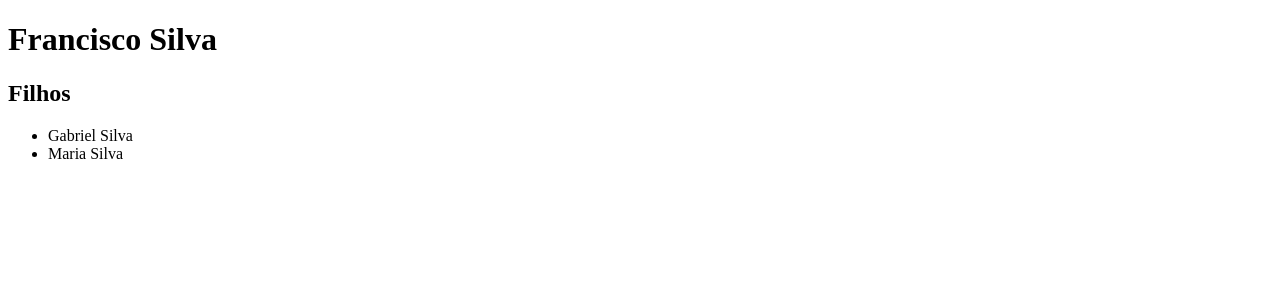
Repository: eversonps/react-fundamentos
Page: / (app in v2/exercicios/)
The author's editor kept a copy of each file at every save. The page is drawn from the files as they stood at one save, then again after the next save.
The browser window is 1280 px wide. The pictures show the whole page.
The project was rebuilt for these pictures with package versions that can differ from the ones it lists, and the page was loaded fresh each time.

Above is the page before, as saved 2022-03-21 15:57:09.

After the next save:
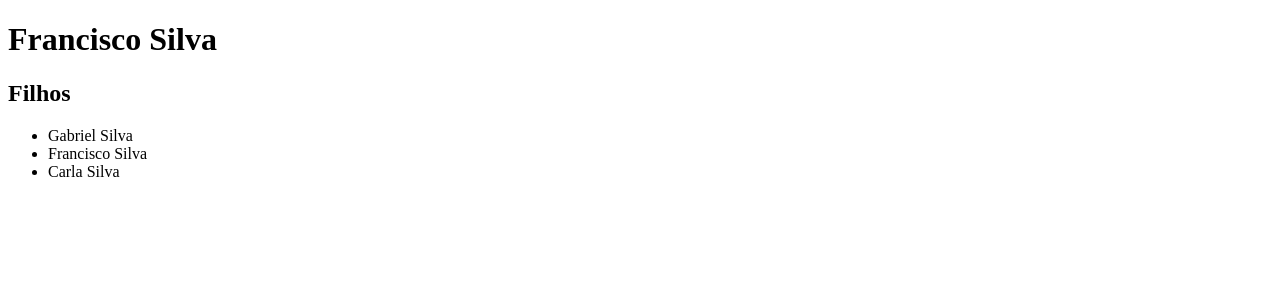
Saved 72 s later.
--- a/v2/exercicios/src/componentes/Pai.jsx
+++ b/v2/exercicios/src/componentes/Pai.jsx
@@ -7,7 +7,8 @@ export default props => (
         <h2>Filhos</h2>
         <ul>
             <Filho nome="Gabriel" sobrenome="Silva"></Filho>
-            <Filho nome="Maria" sobrenome="Silva"></Filho>
+            <Filho {...props}></Filho>
+            <Filho {...props} nome="Carla"></Filho>
         </ul>
     </div>
 
